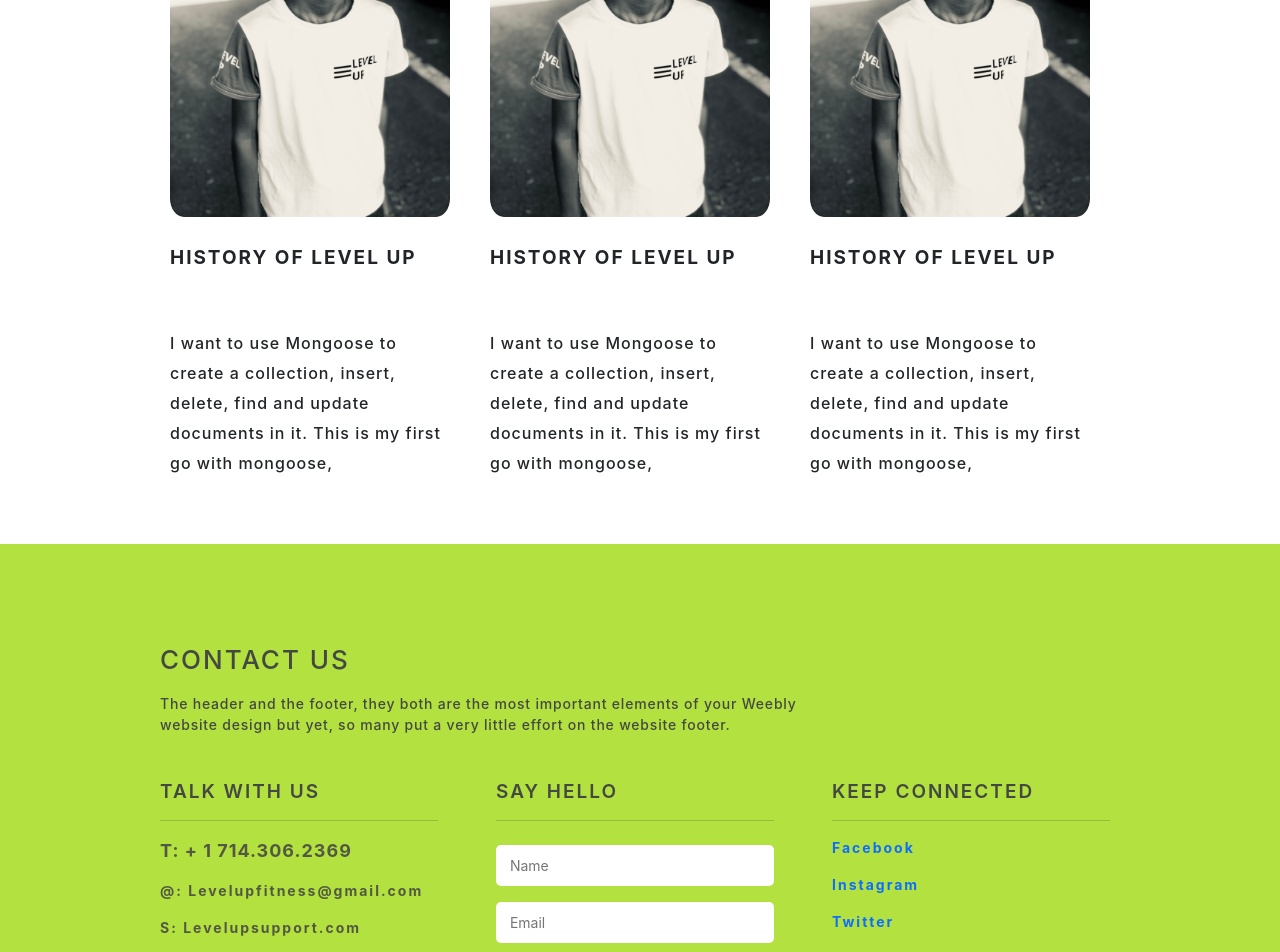
Repository: Bojurie/Level-up
Page: /about (app in client/)
An editor plug-in stored every save of this project. The page is shown before and after the next save, followed by the edit.
The browser window is 1280 px wide. The pictures show the part of the page from y = 636 to 1588 px (the page is 1937 px tall before and 1962 px after).
Some web fonts or font styles are not loaded; a fallback is used. Some web libraries are served in a nearby version. The project was rebuilt for these pictures with package versions that can differ from the ones it lists, and the page was loaded fresh each time. Also part of the build but not shown: client/src/components/Carousel.js, client/src/components/HomeVlog.css, client/src/components/HomeVlog.js, client/src/components/homeProducts.css, client/src/components/HomeProducts.js, client/src/components/Card.js, client/src/components/HomeShop.css, client/src/components/HomeShop.js and 10 more. Imported but missing from the stored project, and not drawn on this page: client/src/components/Chart.

Above is the page before, as saved 2022-11-30 16:10:52.

### client/public/index.html
<!DOCTYPE html>
<html lang="en">
  <head>
    <meta charset="utf-8" />
    <link rel="icon" href="%PUBLIC_URL%/favicon.ico" />
    <meta name="viewport" content="width=device-width, initial-scale=1" />
    <meta name="theme-color" content="#000000" />
    <meta
      name="description"
      content="Web site created using create-react-app"
    />
    <link rel="apple-touch-icon" href="%PUBLIC_URL%/logo192.png" />
    <link rel="manifest" href="%PUBLIC_URL%/manifest.json" />

    <link rel="preconnect" href="https://fonts.googleapis.com" />
    <link rel="preconnect" href="https://fonts.gstatic.com" crossorigin />
    <link
      href="https://fonts.googleapis.com/css2?family=Asap+Condensed:ital,wght@0,400;0,500;1,400&family=Chivo:wght@300;400&family=Jura:wght@300;400;500;600;700&family=Lato:ital,wght@0,400;0,700;1,400&family=Nunito+Sans:wght@400;600&family=Oswald:wght@300;500;700&family=Playball&family=Roboto:ital,wght@0,400;0,500;1,500&family=Wallpoet&display=swap"
      rel="stylesheet"
    />

    <link
      rel="stylesheet"
      href="https://cdn.jsdelivr.net/npm/bootstrap@5.1.3/dist/css/bootstrap.min.css"
      integrity="sha384-1BmE4kWBq78iYhFldvKuhfTAU6auU8tT94WrHftjDbrCEXSU1oBoqyl2QvZ6jIW3"
      crossorigin="anonymous"
    />
    <script
      src="https://kit.fontawesome.com/5ffdb52964.js"
      crossorigin="anonymous"
    ></script>
    <title>React App</title>
    <script
      src="https://kit.fontawesome.com/5ffdb52964.js"
      crossorigin="anonymous"
    ></script>
  </head>
  <body>
    <noscript>You need to enable JavaScript to run this app.</noscript>
    <div id="root"></div>
    <!--
      This HTML file is a template.
      If you open it directly in the browser, you will see an empty page.

      You can add webfonts, meta tags, or analytics to this file.
      The build step will place the bundled scripts into the <body> tag.

      To begin the development, run `npm start` or `yarn start`.
      To create a production bundle, use `npm run build` or `yarn build`.
    -->
  </body>
</html>

### client/src/App.js
import React from 'react';
// import { BrowserRouter as Router, Route, Routes } from 'react-router-dom';
import { BrowserRouter as Router, Route, Routes} from 'react-router-dom'


import Home from './pages/Home';
import About from './pages/About';
import Shop from './pages/Shop';
import Contact from './pages/Contact';
import Navbar from './components/Navbar';
import Footer from './components/Footer';
import LogIn from './pages/LogIn';
import Register from './pages/Register';
import Chart from './components/Chart';
import Vlog from './pages/Vlog';

import {DataProvider} from './components/Context'


function App() {

  return (
        <Router>
          <DataProvider>
          <Navbar />
          <Routes>
              <Route path='/' element={<Home />} />
              <Route path='/about' element={<About />} />
              <Route path='/contact' element={<Contact />} />
              <Route path='/shop' element={<Shop />} />
              <Route path='/vlog' element={<Vlog />} />
              <Route path='/login' element={<LogIn/>} />
              <Route path='/register' element={<Register />} />
              <Route path='/chart' element={<Chart/>} />
          </Routes>
          <Footer />
          </DataProvider>
        </Router>
  );
}

export default App;

### client/src/pages/About.js
import React from 'react';
import './About.css';

import DarkImage from '../images/IMG_5367.jpg'
import { FormTitle } from '../components/FormTitle';
const imgse = DarkImage;

const About = () => {

  return (
    <div className='about'>
    <FormTitle className="sign-in-form__title" />
      <div className=''>
          <div className='aboutContainer'>
            <h1> Who Are We </h1>
            <div className='aboutContent'>
              <div className='aboutParagraph'>
                <div className='AboutUs-content'>
                    <div className='AboutHistory'>
                        <div className='history-img'>
                            <img src={imgse} alt='img'/>
                        </div>
                        <div className='history-content'>
                          <h1>History of Level Up</h1>
                          <p>I want to use Mongoose to create a collection, insert, delete, find and update documents in it. This is my first go with mongoose,</p>
                        </div>
                    </div>
                    <div className='AboutGoal'>
                        <div className='history-img'>
                            <img src={imgse} alt='img'/>
                        </div>
                        <div className='history-content'>
                          <h1>History of Level Up</h1>
                          <p>I want to use Mongoose to create a collection, insert, delete, find and update documents in it. This is my first go with mongoose,</p>
                        </div>
                    </div>
                    <div className='Aboutproduct'>
                        <div className='history-img'>
                            <img src={imgse} alt='img'/>
                        </div>
                        <div className='history-content'>
                          <h1>History of Level Up</h1>
                          <p>I want to use Mongoose to create a collection, insert, delete, find and update documents in it. This is my first go with mongoose,</p>
                        </div>
                    </div>

                </div>



              </div>
            </div>
          </div>
      </div>
    </div>
  );
}

export default About;

### client/src/components/Navbar.js
import React from 'react';
import { Link } from 'react-router-dom';

import './Navbar.css'
import Logo from '../images/Logo.png'



const Navbar = () => {
  return (
    <nav className='navbar'>
      <div className='navbar-wrapper'>
        <Link to='/' className='logo'>
            <img src={Logo} alt='logo' />
        </Link>
        <ul className='navbar-links'>
            <Link to='/' >Home </Link>
            <Link to='/shop'> Shop</Link>
            <Link to='/Vlog'> V-Log</Link>
            <Link to='/about'> About</Link>
            <Link to='/contact'> Contact</Link>
            <Link to='/login'> Login </Link>
            <Link to='/register'>SignUp</Link>
            <Link to='/chart'><i class="fa-solid fa-cart-shopping"></i></Link>

        </ul>
      </div>

    </nav>
  );
}

export default Navbar;

### client/src/components/Footer.js
import React from 'react';
import { Link } from 'react-router-dom';
  import { FontAwesomeIcon } from '@fortawesome/react-fontawesome'
  import { instagram } from '@fortawesome/free-solid-svg-icons'

import './Footer.css';

const Footer = () => {
  return (
    <div className='footer'>
      <div className='footer-wrapper'>
        <div className='footer-header-wrapper'>
          <div className='footer-header'>
            <h1>Contact Us</h1>
          </div>
          <div className='footer-paragraph'>
            <p>The header and the footer, they both are the most important elements of your Weebly website design but yet, so many put a very little effort on the website footer.</p>
          </div>

        </div>
        <div className='footer-nav-content'>
            <div className='footer-navs-left'>
              <h3>Talk With Us</h3><hr/>
              <div className='footer-contact'>
                <div className='tel'>
                  <p>T: + 1 714.306.2369</p>
                </div>
                <div className='email'>
                  <p>@: Levelupfitness@gmail.com</p>
                </div>
                <div className='support'>
                  <p>S: Levelupsupport.com</p>
                </div>

              </div>

            </div>
            <div className='footer-navs-middle'>
                <h3>Say Hello</h3><hr/>
              <div className='footer-form'>

                  <form className='form'>
                    <input type='text' placeholder=' Name' />
                    <input type='text' placeholder=' Email' />
                    <input type='text' placeholder=' Telephone' />
                    <textarea placeholder='Message...' />
                  </form>
                  <div className='form-btn'>
                    <input type='submit' placeholder='' />
                  </div>

              </div>
            </div>
            <div className='footer-navs-right'>
              <h3>Keep Connected</h3><hr/>
              <div className='social-media'>
                <p><Link to='/'>Facebook</Link></p>
                <p><Link to='/'><FontAwesomeIcon icon="fa-brands fa-instagram" /> Instagram</Link></p>
                <p><Link to='/'>Twitter</Link></p>

              </div>

            </div>
        </div>


      </div>
    </div>
  );
}

export default Footer;

### client/src/components/Context.js
import React,{Component} from 'react';
export const DataContext = React.createContext();

export class DataProvider extends Component {
  constructor(props) {
    super(props)

    this.state = {
       products: [
         {
          "_id": "1",
          "title": "Level-Up Sweat Pant",
          "src": "https://images.unsplash.com/photo-1618354691373-d851c5c3a990?ixlib=rb-1.2.1&ixid=MnwxMjA3fDB8MHxwaG90by1wYWdlfHx8fGVufDB8fHx8&auto=format&fit=crop&w=658&q=80",
          "description": "Classic fit for running and outdoor activities.",
          "price": 39,
          "colors": ["red", "blue", "black"],
          "count": 2,
         },
         {
          "_id": "2",
          "title": "Kids Level-Up SweatPant",
          "src": "https://images.unsplash.com/flagged/photo-1555895312-bbc472c964f3?ixlib=rb-1.2.1&ixid=MnwxMjA3fDB8MHxwaG90by1wYWdlfHx8fGVufDB8fHx8&auto=format&fit=crop&w=388&q=80",
          "description": "Kids track sweatsuit for running or leisure activities",
          "price": 20,
          "colors": ["red", "blue", "black"],
          "count": 2,
         },
         {
          "_id": "3",
          "title": "Level Up Tank Top",
          "src": "https://images.unsplash.com/photo-1618354691373-d851c5c3a990?ixlib=rb-1.2.1&ixid=MnwxMjA3fDB8MHxwaG90by1wYWdlfHx8fGVufDB8fHx8&auto=format&fit=crop&w=658&q=80",
          "description": "description",
          "price": 20,
          "colors": ["red", "blue", "black"],
          "count": 2,
         },
         {
          "_id": "4",
          "title": "Level Up T-Shirt",
          "src": "https://images.unsplash.com/photo-1618354691373-d851c5c3a990?ixlib=rb-1.2.1&ixid=MnwxMjA3fDB8MHxwaG90by1wYWdlfHx8fGVufDB8fHx8&auto=format&fit=crop&w=658&q=80",
          "description": "description",
          "price": 20,
          "colors": ["red", "blue", "black"],
          "count": 2,
         },
         {
          "_id": "5",
          "title": "Level Up Sweater",
          "src": "https://images.unsplash.com/photo-1618354691373-d851c5c3a990?ixlib=rb-1.2.1&ixid=MnwxMjA3fDB8MHxwaG90by1wYWdlfHx8fGVufDB8fHx8&auto=format&fit=crop&w=658&q=80",
          "description": "description",
          "price": 20,
          "colors": ["red", "blue", "black"],
          "count": 2,
         },
         {
          "_id": "6",
          "title": "Level Up Embroidery Shirt",
          "src": "https://images.unsplash.com/photo-1618354691373-d851c5c3a990?ixlib=rb-1.2.1&ixid=MnwxMjA3fDB8MHxwaG90by1wYWdlfHx8fGVufDB8fHx8&auto=format&fit=crop&w=658&q=80",
          "description": "description",
          "price": 20,
          "colors": ["red", "blue", "black"],
          "count": 2,
         },
       ]
    }
  }

  render(){
    const {products} = this.state;
    return(
      <DataContext.Provider value={{products}}>
        {this.props.children}
      </DataContext.Provider>
    )
  }
}
export default DataProvider;

### client/src/pages/About.css
.aboutContainer h1 {
  padding: 20px 0 50px 0;
  text-transform: uppercase;
  font-weight: bold;
  letter-spacing: 2px;
}

.aboutContainer {
  padding: 40px 160px;
}

.aboutParagraph p {
  letter-spacing: 1px;
  line-height: 30px;
  font-weight: 500;
}

.aboutParagraph img {
  border-radius: 5%;
  float: left;
  margin: 0 30px 0 0;
}

.AboutUs-content {
  display: flex;
}

.AboutHistory,
.AboutGoal,
.Aboutproduct {
  display: grid;
    padding: 0 20px 0 0;
    margin: 0 auto;
    width: 300px;
}

.history-img {
}

.history-content {
  padding: 10px 0;
}
.history-content h1{
  font-size: 19px;
}

### client/src/components/FormTitle.js
import React from "react";
import './FormTitle.css';

export function FormTitle(props) {
  const { className, text } = props;
  return <h1 className={`${className} form-title`}>{text}</h1>;
}

### client/src/components/Navbar.css
.logo img {
  width: 250px;
}

.navbar {
  padding-top: 0;
  display: contents;
}

.navbar-wrapper {
  display: flex;
  /* justify-content: center; */
  align-items: center;
  height: 90px;
  background: #b3e140;
  padding: 0 50px;
  justify-content: space-between;
}

.navbar-links {
  margin-bottom: 0;
}

.navbar-links a {
  font-size: 14px;
  letter-spacing: 2px;
  font-weight: 700;
  text-transform: capitalize;
  margin: 0 10px;
  color: rgb(68, 72, 67);

}

a {
  list-style: none;
  text-decoration: none;
}

### client/src/components/Footer.css
.footer {
  background-color: #b3e140;
      font-size: 14px;
    letter-spacing: 2px;
    font-weight: 700;

    color: rgb(68, 72, 67);
}
.footer-header h1 {
 font-size: 26px;
 text-transform: uppercase;
 letter-spacing: 2px;
}

.footer-navs {
  text-decoration: none;
  list-style-type: none;

}
.footer-navs li{
  padding: 10px 0;
  letter-spacing: 1px;
  text-transform: uppercase;
  font-weight: 600;

}
.footer-wrapper {
  padding: 100px 160px;
}

.footer-contact {



}
.footer-nav-content p {
 color: #424141db;
}
.footer-contact > .tel p{
    font-size: 18px;
    letter-spacing: 1px;

}
.footer-contact > .email p{
    font-size: 14px;
    /* letter-spacing: 2px; */
}
.footer-contact > .support p{
    font-size: 14px;
    letter-spacing: 2px;
}
.footer-paragraph {
  width: 70%;
  letter-spacing: .8px;
  font-weight: 500;
  padding: 10px 0;
}
.footer-wrapper h3{
 text-transform: uppercase;
 letter-spacing: 2px;
 font-size: 19px;
 font-weight: 600;

}

.footer-nav-content {
  display: flex;
  justify-content: space-between;
}



.footer-navs-left,
.footer-navs-middle,
.footer-navs-right{

  padding: 20px 10px 0 0;
  border-radius: 10px;
}

.footer-form {
  background-color: none !important;
}

/* footer Left section */
.footer-navs-left {
  width: 30%;
}

/* footer Middle section */
.footer-navs-middle {
 width: 30%;
}

.form {
  display: grid;
}
.form input {
  padding: 10px ;
  margin: 8px 0;
  border-radius: 5px;
  border: none;
}
.form input:focus {
  border: none;
}

.form textarea {
   width: 100%;
  height: 150px;
  padding: 12px 20px;
  box-sizing: border-box;
  border: 2px solid #ccc;
  border-radius: 4px;
  background-color: #f8f8f8;
  font-size: 16px;
  resize: none;
}
.form input:active {

  border: 1px solid rgb(241, 234, 234);

}
.form-btn {

}
.form-btn input {
     padding: 5px 25px;
    margin: 5px 0;
    border-radius: 4px;
    background-color: #999999;
    border: 1px solid  #b3e140;
    color: #b3e140;
    letter-spacing: 1.1px;
    font-weight: 600;
    text-transform: uppercase;
}

.footer-navs-right {
  width: 30%;
}

### client/src/components/Carousel.css
 .d-block {
   width: 100%;
   /* object-fit: cover; */
   /* object-position: 50% 50%; */
   /* background-size: contain;
   background-repeat: no-repeat; */
 }


 img {

   max-width: 100%;
   max-height: 100%;
   object-fit: cover;
   background-repeat: no-repeat;
 }

 .carousel-item img {
   width: 1000px;
   height: 500px;
 }

 .carousel-caption {
   top: 50%;
 }

 .carousel {
   object-fit: contain;
 }

### client/src/components/FormTitle.css
.form-title {
  font-size: 3rem;
  font-weight: 700;
  line-height: 2rem;
  margin: auto 0;
  color: white;
  background-image: url('https://images.unsplash.com/photo-1581397867105-8c988bd747e6?ixlib=rb-4.0.3&ixid=MnwxMjA3fDB8MHxwaG90by1wYWdlfHx8fGVufDB8fHx8&auto=format&fit=crop&w=1170&q=80') ;
    background-repeat: no-repeat;
  background-position: center;
  background-size: cover;
  padding: 7rem 0 7rem 10rem;
  letter-spacing: 5px;
  text-transform: uppercase;
  display: flex;
  justify-content: flex-start;

}
.form-title h1{


}


.shopForm-title {
 font-size: 3rem;
  font-weight: 700;
  line-height: 2rem;
  letter-spacing: 5px;
  text-transform: uppercase;
  display: flex;
  margin: auto 0;
   background-image: url('https://images.unsplash.com/photo-1581397867105-8c988bd747e6?ixlib=rb-4.0.3&ixid=MnwxMjA3fDB8MHxwaG90by1wYWdlfHx8fGVufDB8fHx8&auto=format&fit=crop&w=1170&q=80') ;
    background-repeat: no-repeat;
  background-position: center;
  background-size: cover;

  padding: 7rem 0 7rem 10rem;
  justify-content: flex-start;

}
.FormTitleLogin-title {
  font-size: 3rem;
  font-weight: 700;
  line-height: 2rem;
  padding: 6rem 0;
  letter-spacing: 5px;
  text-transform: uppercase;
  display: flex;
  justify-content: center;
  margin: auto 0;
   background-image: url('https://images.unsplash.com/photo-1609770231080-e321deccc34c?ixlib=rb-4.0.3&ixid=MnwxMjA3fDB8MHxwaG90by1wYWdlfHx8fGVufDB8fHx8&auto=format&fit=crop&w=765&q=80') ;
    background-repeat: no-repeat;
  background-position: center;
  background-size: cover;

}
.ContactForm-title {
 /* font-size: 3rem;
  font-weight: 700;
  line-height: 2rem;
  text-transform: uppercase; */
  display: flex;
  margin: auto 0;
   background-image: url('https://images.unsplash.com/photo-1587560699334-bea93391dcef?ixlib=rb-4.0.3&ixid=MnwxMjA3fDB8MHxwaG90by1wYWdlfHx8fGVufDB8fHx8&auto=format&fit=crop&w=1170&q=80') ;
    background-repeat: no-repeat;

 padding: 7rem 0 7rem 10rem;
  letter-spacing: 5px;
  justify-content: flex-start;

}
.RegisterForm-title {
  font-size: 3rem;
  font-weight: 700;
  line-height: 2rem;
  padding: 6rem 0;
  letter-spacing: 5px;
  text-transform: uppercase;
  display: flex;
  justify-content: center;
  margin: auto 0;
   background-image: url('https://images.unsplash.com/photo-1563906267088-b029e7101114?ixlib=rb-4.0.3&ixid=MnwxMjA3fDB8MHxwaG90by1wYWdlfHx8fGVufDB8fHx8&auto=format&fit=crop&w=1170&q=80') ;
    background-repeat: no-repeat;
  /* background-position: bottom; */
  /* background-size: cover; */
    /* background-attachment: */


}
.VlogForm_title h1{


}
.VlogForm_title {
  /* font-size: 3rem;
  font-weight: 700;
  line-height: 2rem; */
  padding: 7rem 0 7rem 10rem;
  letter-spacing: 5px;
  text-transform: uppercase;
  display: flex;
  justify-content: flex-start;
  margin: auto 0;
   background-image: url('https://images.unsplash.com/photo-1440778303588-435521a205bc?ixlib=rb-4.0.3&ixid=MnwxMjA3fDB8MHxwaG90by1wYWdlfHx8fGVufDB8fHx8&auto=format&fit=crop&w=1470&q=80') ;
    background-repeat: no-repeat;
  background-position: center;
  background-size: cover;

}

@media screen and (max-width: 414px) {
  .form-title {
    padding: 4rem 1rem;

  }

}

### client/src/components/auth/LoginForm.css
.loginForm-wrapper {
  text-align: center;
    justify-content: center;
    width: 600px;
    margin: auto;
    padding: 90px 0;

}
.login-header {
  text-transform: uppercase;
  letter-spacing: 2px;
  font-weight: 600;
}


form {
  display: grid;
}

.loginForm-header {
  font-size: 20px;
}

.loging
form input {
  margin: 5px 0;
  padding: 10px;
  border-radius: 10px;
  border: 1px solid white;
  background-color: rgba(243, 247, 255, 0.715) !important;
}
form input:focus{
  border: 2px solid green;
}
form > .loginBtn > input{
  padding: 8px;
  width: 100%;
  background-color:#999999!important;
  color: #ccf368;
  font-weight: 700;
  border: none;
  margin:5px 0 ;
  font-size: 20px;
  letter-spacing: 3px;
}

### client/src/components/auth/registerForm.css

.registerForm-wrapper {
  text-align: center;
    justify-content: center;
    width: 600px;
    margin: auto;
    padding: 90px 0;

}
.login-header {
  text-transform: uppercase;
  letter-spacing: 2px;
  font-weight: 600;
}


form {
  display: grid;
}

.loginForm-header {
  font-size: 20px;
}

.register
form input {
  margin: 5px 0;
  padding: 10px;
  border-radius: 10px;
  border: 1px solid white;

}
form input:focus{
  border: 2px solid green;
}
form > .loginBtn > input{
  padding: 8px;
  width: 100%;
  background-color: #b3e140 !;
  border: none;
  margin:5px 0 ;
}

Loaded but not shown: client/src/index.js (common file); client/src/index.css (common file)

After the next save:
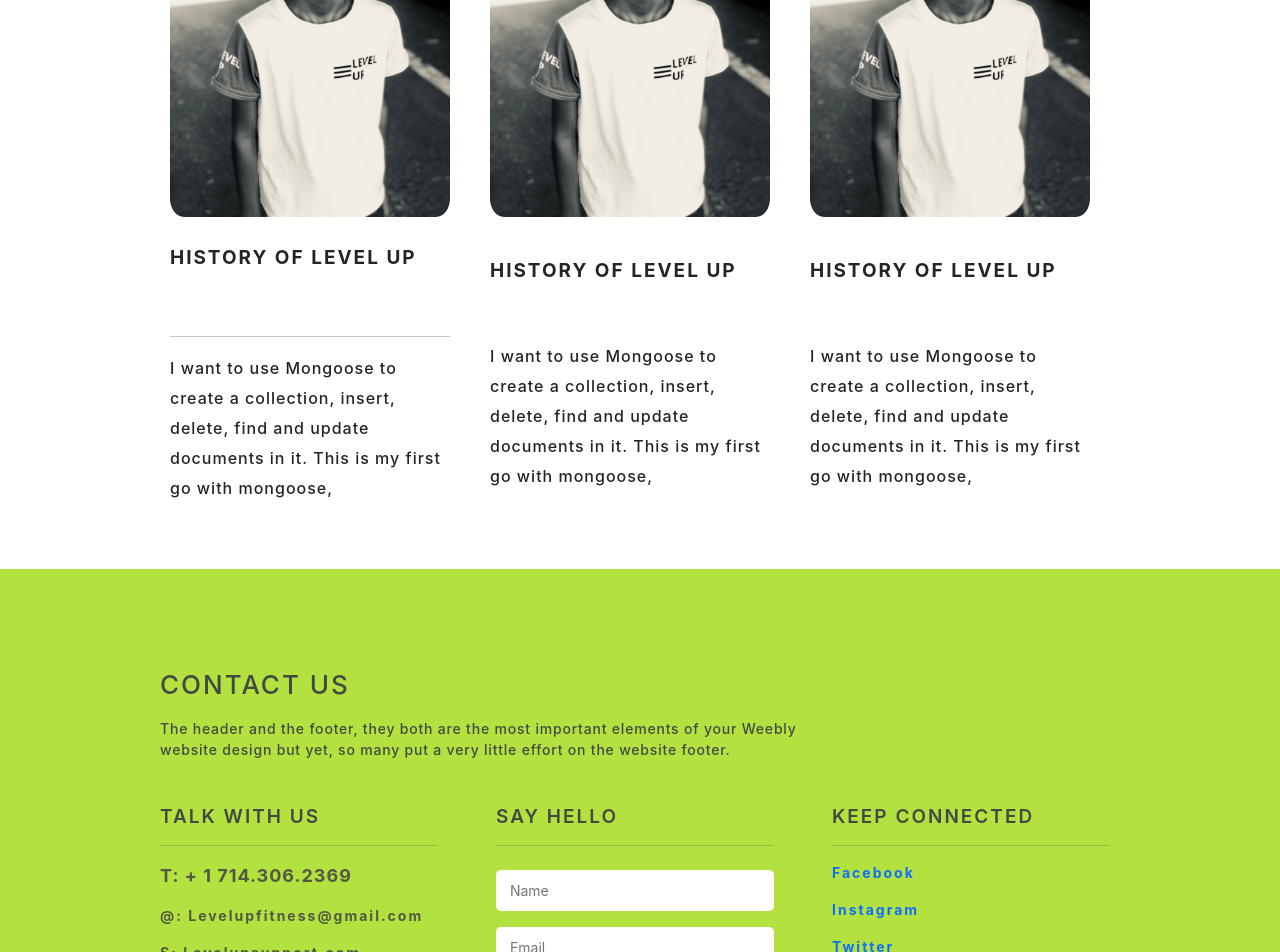
Saved 36 s later.
--- a/client/src/pages/About.js
+++ b/client/src/pages/About.js
@@ -21,7 +21,7 @@ const About = () => {
                             <img src={imgse} alt='img'/>
                         </div>
                         <div className='history-content'>
-                          <h1>History of Level Up</h1>
+                          <h1>History of Level Up</h1><hr/>
                           <p>I want to use Mongoose to create a collection, insert, delete, find and update documents in it. This is my first go with mongoose,</p>
                         </div>
                     </div>
